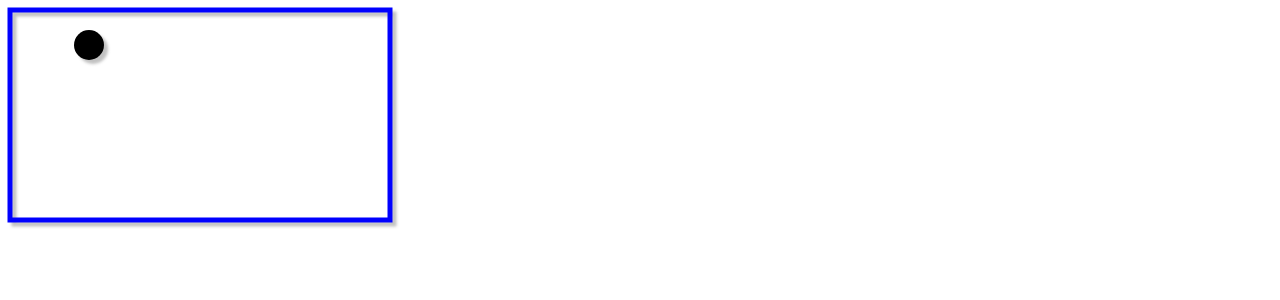
Repository: rajaraghav/Vintage-tv-pure-css
Page: index.html
An editor plug-in stored every save of this project. The page is shown before and after the next save, followed by the edit.
The browser window is 1280 px wide. The pictures show the whole page.

Above is the page before, as saved 2019-02-23 08:00:52.

After the next save:
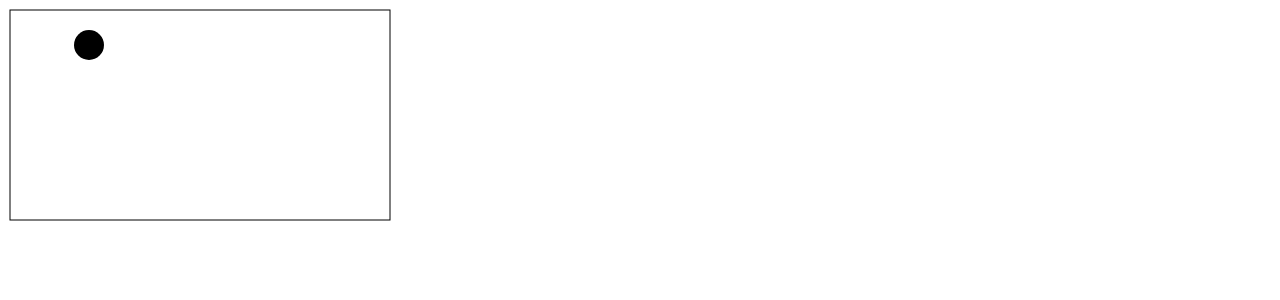
Saved 24 s later.
--- a/public/main.js
+++ b/public/main.js
@@ -15,12 +15,6 @@
 x = 200;
 y = 150;
 ctx.beginPath();
-ctx.shadowBlur = 3;
-ctx.shadowColor = "rgba(100,100,100,.4)";
-ctx.shadowOffsetX = ctx.shadowOffsetY = 4;
-ctx.strokeStyle = "blue";
-ctx.lineWidth = 5;
-ctx.strokeRect(10, 10, 380, 210);
 //ctx.fillStyle = LinGrad;
 ctx.closePath();
 setInterval(DrawAll, 33);
